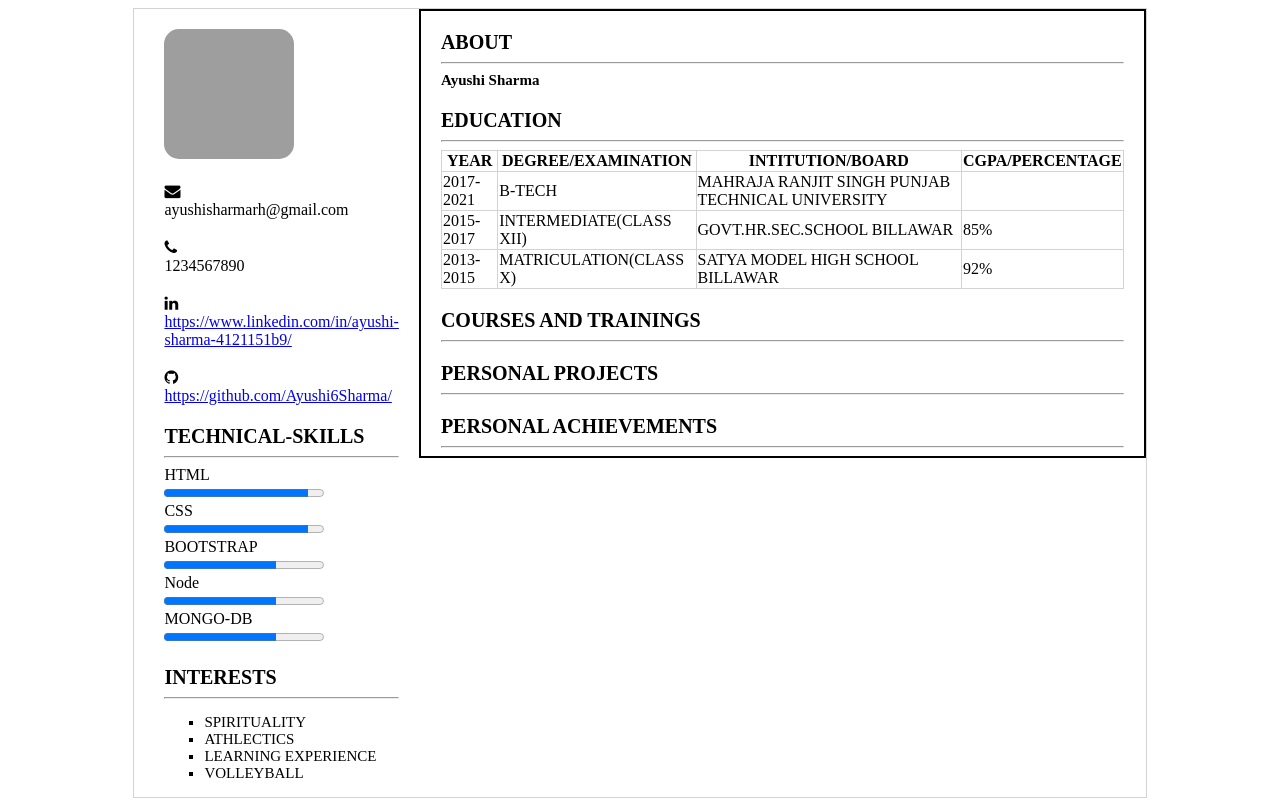
Repository: Ayushi6Sharma/Resume
Page: index.html
The author's editor kept a copy of each file at every save. The page is drawn from the files as they stood at one save, then again after the next save.
The browser window is 1280 px wide. The pictures show the whole page.
Pictures or frames that could not be fetched are drawn as grey boxes.

Above is the page before, as saved 2022-05-04 11:38:51.

After the next save:
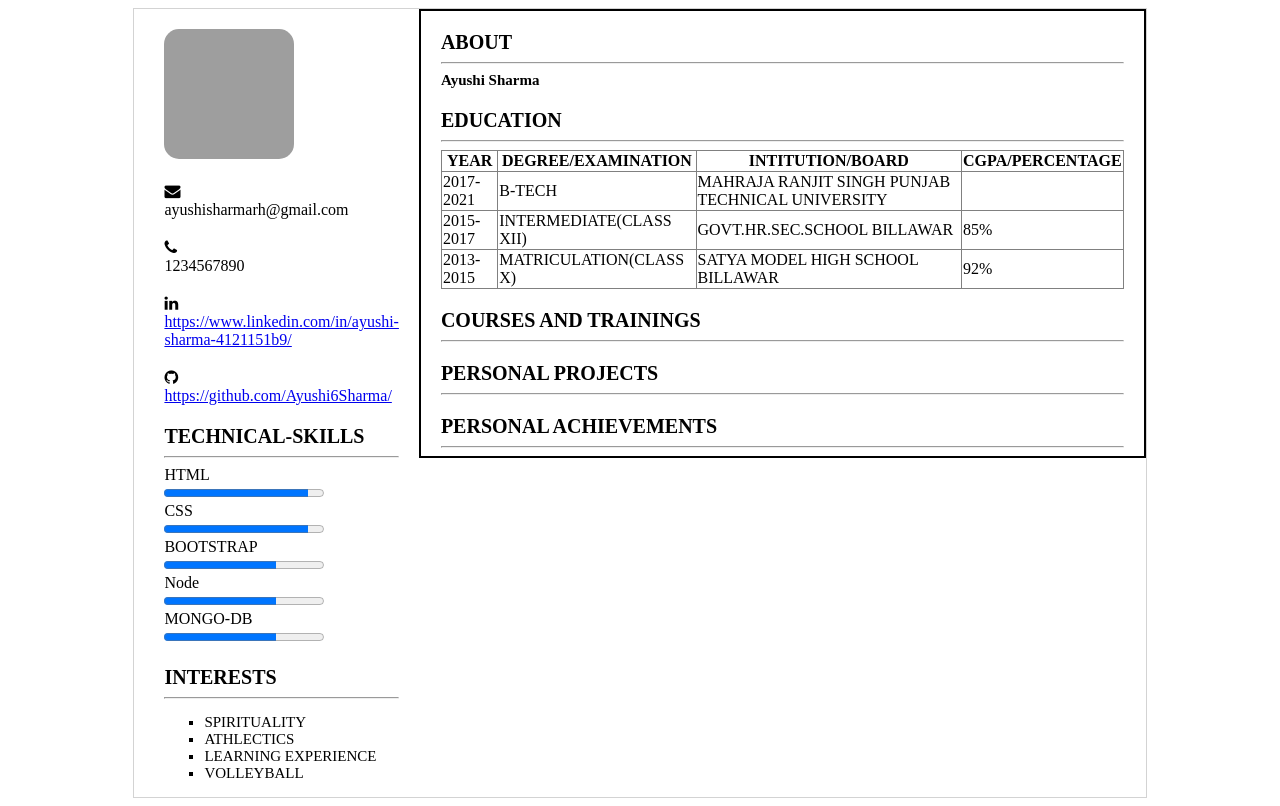
Saved 12 s later.
--- a/style.css
+++ b/style.css
@@ -60,7 +60,7 @@
 /* EDUCTAION */
 table,th,td
 {
-    border:1px solid lightgrey;
+    border:1px solid grey;
     border-collapse: collapse;
 }
 @media only screen and (max-width:600px)
